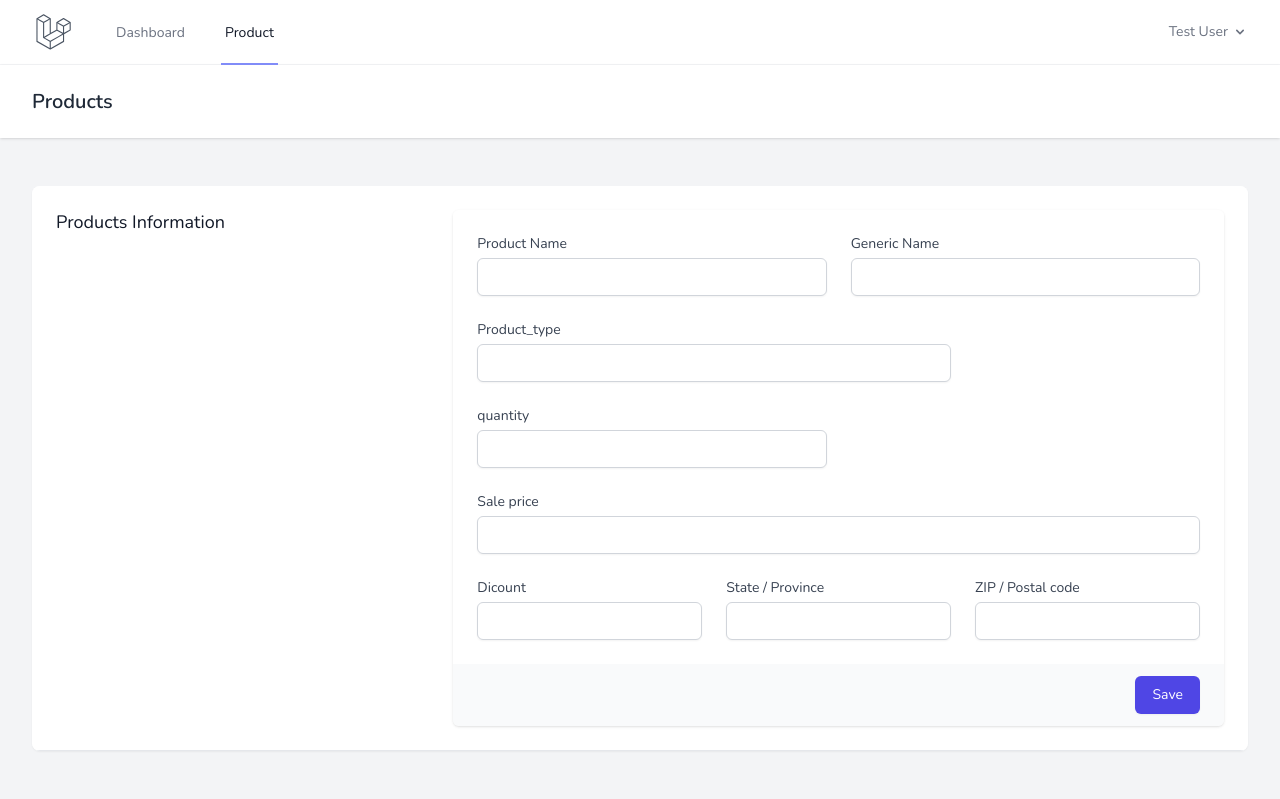
Repository: krishna-vm/them_set
Page: http://localhost/product
These files come from the project's save history. The page is drawn as it stood at one moment and after the next save; the edit follows.
The browser window is 1280 px wide. The pictures show the whole page.
The page is served by the project's Laravel application, run on PHP 8.4 with Laravel 8. A made-up administrator, Test User (test@example.com), is signed in. Other server files are loaded and not shown. Style sheets and scripts are compiled from the project's sources, by tool versions that may differ from the author's.

Above is the page before, as saved 2022-09-08 14:42:05.

### routes/web.php
<?php

use Illuminate\Support\Facades\Route;

/*
|--------------------------------------------------------------------------
| Web Routes
|--------------------------------------------------------------------------
|
| Here is where you can register web routes for your application. These
| routes are loaded by the RouteServiceProvider within a group which
| contains the "web" middleware group. Now create something great!
|
*/

Route::get('/', function () {
    return view('welcome');
});

Route::get('/dashboard', function () {
    return view('dashboard');
})->middleware(['auth'])->name('dashboard');
Route::get('/product', function () {
    return view('product');
})->middleware(['auth'])->name('product');

require __DIR__.'/auth.php';

### resources/views/product.blade.php
<x-app-layout>
    <x-slot name="header">
        <h2 class="font-semibold text-xl text-gray-800 leading-tight">
            {{ __('Products') }}
        </h2>
    </x-slot>

    <div class="py-12">
        <div class="max-w-7xl mx-auto sm:px-6 lg:px-8">
            <div class="bg-white overflow-hidden shadow-sm sm:rounded-lg">
                <div class="p-6 bg-white border-b border-gray-200">
                    <div class="row">
                        <div class="col-md-12 ">
                                <div class="mt-10 sm:mt-0">
                                    <div class="md:grid md:grid-cols-3 md:gap-6">
                                      <div class="md:col-span-1">
                                        <div class="px-4 sm:px-0">
                                          <h3 class="text-lg font-medium leading-6 text-gray-900">Products Information</h3>
                                          {{-- <p class="mt-1 text-sm text-gray-600">Use a permanent address where you can receive mail.</p> --}}
                                        </div>
                                      </div>
                                      <div class="mt-5 md:col-span-2 md:mt-0">
                                        <form action="#" method="POST">
                                          <div class="overflow-hidden shadow sm:rounded-md">
                                            <div class="bg-white px-4 py-5 sm:p-6">
                                              <div class="grid grid-cols-6 gap-6">
                                                <div class="col-span-6 sm:col-span-3">
                                                  <label for="product-name" class="block text-sm font-medium text-gray-700">Product Name</label>
                                                  <input type="text" name="product-name" id="product-name" autocomplete="given-name" class="mt-1 block w-full rounded-md border-gray-300 shadow-sm focus:border-indigo-500 focus:ring-indigo-500 sm:text-sm">
                                                </div>

                                                <div class="col-span-6 sm:col-span-3">
                                                  <label for="generic-name" class="block text-sm font-medium text-gray-700">Generic Name</label>
                                                  <input type="text" name="generic-name" id="generic-name" class="mt-1 block w-full rounded-md border-gray-300 shadow-sm focus:border-indigo-500 focus:ring-indigo-500 sm:text-sm">
                                                </div>

                                                <div class="col-span-6 sm:col-span-4">
                                                  <label for="product_type" class="block text-sm font-medium text-gray-700">Product_type</label>
                                                  <input type="text" name="product_type" id="product_type"  class="mt-1 block w-full rounded-md border-gray-300 shadow-sm focus:border-indigo-500 focus:ring-indigo-500 sm:text-sm">
                                                </div>

                                                <div class="col-span-6 sm:col-span-3">
                                                  <label for="quantity" class="block text-sm font-medium text-gray-700">quantity</label>
                                                  <input type="number" name="quantity" id="quantity"  class="mt-1 block w-full rounded-md border-gray-300 shadow-sm focus:border-indigo-500 focus:ring-indigo-500 sm:text-sm">
                                                </div>

                                                <div class="col-span-6">
                                                  <label for="sale_price" class="block text-sm font-medium text-gray-700">Sale price</label>
                                                  <input type="text" name="sale_price" id="sale_price" class="mt-1 block w-full rounded-md border-gray-300 shadow-sm focus:border-indigo-500 focus:ring-indigo-500 sm:text-sm">
                                                </div>

                                                <div class="col-span-6 sm:col-span-6 lg:col-span-2">
                                                  <label for="dicount" class="block text-sm font-medium text-gray-700">Dicount</label>
                                                  <input type="text" name="dicount" id="dicount" autocomplete="address-level2" class="mt-1 block w-full rounded-md border-gray-300 shadow-sm focus:border-indigo-500 focus:ring-indigo-500 sm:text-sm">
                                                </div>

                                                <div class="col-span-6 sm:col-span-3 lg:col-span-2">
                                                  <label for="region" class="block text-sm font-medium text-gray-700">State / Province</label>
                                                  <input type="text" name="region" id="region" autocomplete="address-level1" class="mt-1 block w-full rounded-md border-gray-300 shadow-sm focus:border-indigo-500 focus:ring-indigo-500 sm:text-sm">
                                                </div>

                                                <div class="col-span-6 sm:col-span-3 lg:col-span-2">
                                                  <label for="postal-code" class="block text-sm font-medium text-gray-700">ZIP / Postal code</label>
                                                  <input type="text" name="postal-code" id="postal-code" autocomplete="postal-code" class="mt-1 block w-full rounded-md border-gray-300 shadow-sm focus:border-indigo-500 focus:ring-indigo-500 sm:text-sm">
                                                </div>
                                              </div>
                                            </div>
                                            <div class="bg-gray-50 px-4 py-3 text-right sm:px-6">
                                              <button type="submit" class="inline-flex justify-center rounded-md border border-transparent bg-indigo-600 py-2 px-4 text-sm font-medium text-white shadow-sm hover:bg-indigo-700 focus:outline-none focus:ring-2 focus:ring-indigo-500 focus:ring-offset-2">Save</button>
                                            </div>
                                          </div>
                                        </form>
                                      </div>
                                    </div>
                                </div>
                            </div>
                        </div>
                    </div>
                </div>
            </div>
        </div>
</x-app-layout>

### resources/views/layouts/navigation.blade.php
<nav x-data="{ open: false }" class="bg-white border-b border-gray-100">
    <!-- Primary Navigation Menu -->
    <div class="max-w-7xl mx-auto px-4 sm:px-6 lg:px-8">
        <div class="flex justify-between h-16">
            <div class="flex">
                <!-- Logo -->
                <div class="shrink-0 flex items-center">
                    <a href="{{ route('dashboard') }}">
                        <x-application-logo class="block h-10 w-auto fill-current text-gray-600" />
                    </a>
                </div>

                <!-- Navigation Links -->
                <div class="hidden space-x-8 sm:-my-px sm:ml-10 sm:flex">
                    <x-nav-link :href="route('dashboard')" :active="request()->routeIs('dashboard')">
                        {{ __('Dashboard') }}
                    </x-nav-link>
                    <x-nav-link :href="route('product')" :active="request()->routeIs('product')">
                        {{ __('Product') }}
                    </x-nav-link>
                </div>
            </div>

            <!-- Settings Dropdown -->
            <div class="hidden sm:flex sm:items-center sm:ml-6">
                <x-dropdown align="right" width="48">
                    <x-slot name="trigger">
                        <button class="flex items-center text-sm font-medium text-gray-500 hover:text-gray-700 hover:border-gray-300 focus:outline-none focus:text-gray-700 focus:border-gray-300 transition duration-150 ease-in-out">
                            <div>{{ Auth::user()->name }}</div>

                            <div class="ml-1">
                                <svg class="fill-current h-4 w-4" xmlns="http://www.w3.org/2000/svg" viewBox="0 0 20 20">
                                    <path fill-rule="evenodd" d="M5.293 7.293a1 1 0 011.414 0L10 10.586l3.293-3.293a1 1 0 111.414 1.414l-4 4a1 1 0 01-1.414 0l-4-4a1 1 0 010-1.414z" clip-rule="evenodd" />
                                </svg>
                            </div>
                        </button>
                    </x-slot>

                    <x-slot name="content">
                        <!-- Authentication -->
                        <form method="POST" action="{{ route('logout') }}">
                            @csrf

                            <x-dropdown-link :href="route('logout')"
                                    onclick="event.preventDefault();
                                                this.closest('form').submit();">
                                {{ __('Log Out') }}
                            </x-dropdown-link>
                        </form>
                    </x-slot>
                </x-dropdown>
            </div>

            <!-- Hamburger -->
            <div class="-mr-2 flex items-center sm:hidden">
                <button @click="open = ! open" class="inline-flex items-center justify-center p-2 rounded-md text-gray-400 hover:text-gray-500 hover:bg-gray-100 focus:outline-none focus:bg-gray-100 focus:text-gray-500 transition duration-150 ease-in-out">
                    <svg class="h-6 w-6" stroke="currentColor" fill="none" viewBox="0 0 24 24">
                        <path :class="{'hidden': open, 'inline-flex': ! open }" class="inline-flex" stroke-linecap="round" stroke-linejoin="round" stroke-width="2" d="M4 6h16M4 12h16M4 18h16" />
                        <path :class="{'hidden': ! open, 'inline-flex': open }" class="hidden" stroke-linecap="round" stroke-linejoin="round" stroke-width="2" d="M6 18L18 6M6 6l12 12" />
                    </svg>
                </button>
            </div>
        </div>
    </div>

    <!-- Responsive Navigation Menu -->
    <div :class="{'block': open, 'hidden': ! open}" class="hidden sm:hidden">
        <div class="pt-2 pb-3 space-y-1">
            <x-responsive-nav-link :href="route('dashboard')" :active="request()->routeIs('dashboard')">
                {{ __('Dashboard') }}
            </x-responsive-nav-link>
        </div>

        <!-- Responsive Settings Options -->
        <div class="pt-4 pb-1 border-t border-gray-200">
            <div class="px-4">
                <div class="font-medium text-base text-gray-800">{{ Auth::user()->name }}</div>
                <div class="font-medium text-sm text-gray-500">{{ Auth::user()->email }}</div>
            </div>

            <div class="mt-3 space-y-1">
                <!-- Authentication -->
                <form method="POST" action="{{ route('logout') }}">
                    @csrf

                    <x-responsive-nav-link :href="route('logout')"
                            onclick="event.preventDefault();
                                        this.closest('form').submit();">
                        {{ __('Log Out') }}
                    </x-responsive-nav-link>
                </form>
            </div>
        </div>
    </div>
</nav>

Loaded but not shown: routes/auth.php (common file); app/Models/User.php (common file); app/View/Components/AppLayout.php (common file); resources/views/layouts/app.blade.php (common file); resources/views/components/application-logo.blade.php (common file); resources/views/components/nav-link.blade.php (common file); resources/views/components/dropdown-link.blade.php (common file); resources/views/components/dropdown.blade.php (common file); resources/views/components/responsive-nav-link.blade.php (common file); public/js/app.js (library); resources/css/app.css (common file); tailwind.config.js (common file)

After the next save:
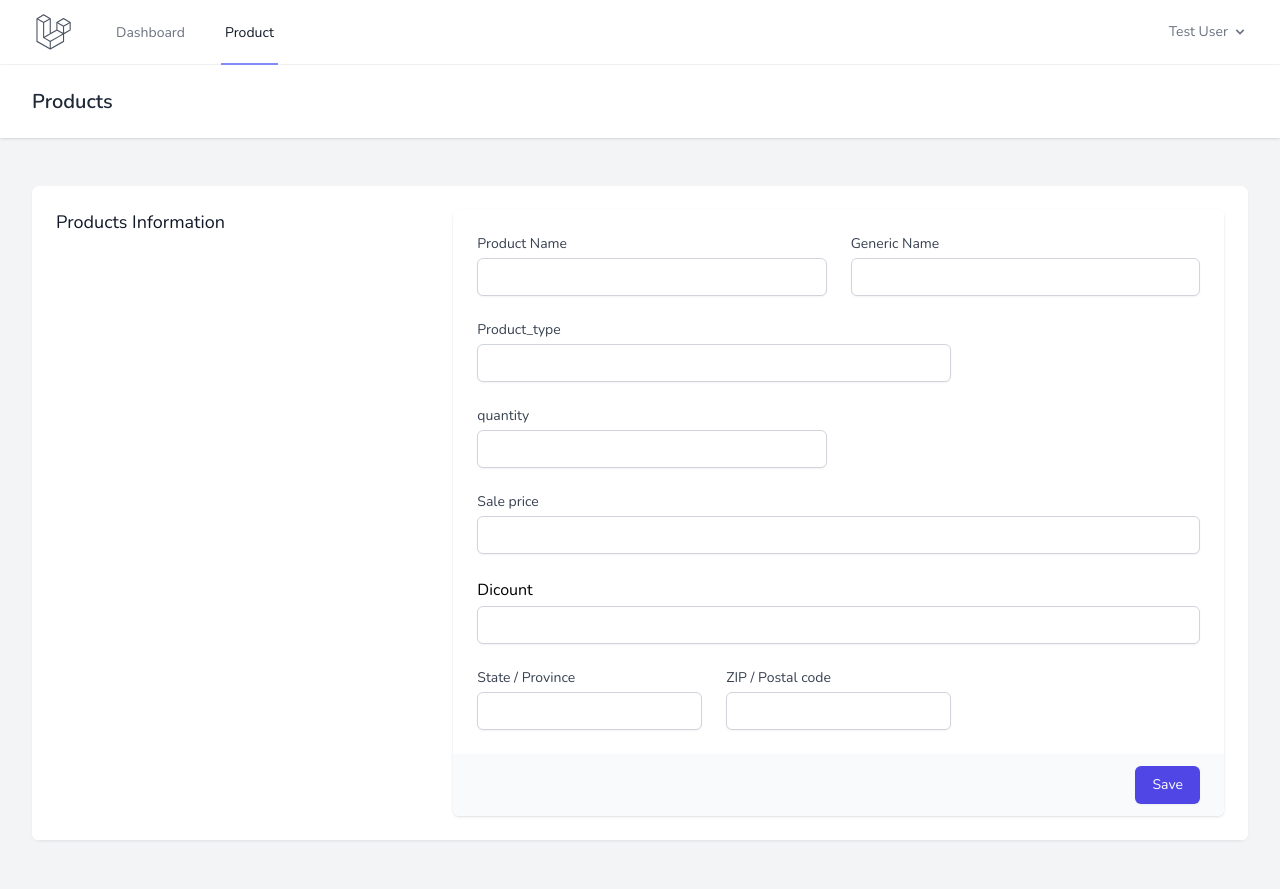
Saved 63 s later.
--- a/resources/views/product.blade.php
+++ b/resources/views/product.blade.php
@@ -49,7 +49,7 @@
                                                   <input type="text" name="sale_price" id="sale_price" class="mt-1 block w-full rounded-md border-gray-300 shadow-sm focus:border-indigo-500 focus:ring-indigo-500 sm:text-sm">
                                                 </div>
 
-                                                <div class="col-span-6 sm:col-span-6 lg:col-span-2">
+                                                <div class="col-span-6 >
                                                   <label for="dicount" class="block text-sm font-medium text-gray-700">Dicount</label>
                                                   <input type="text" name="dicount" id="dicount" autocomplete="address-level2" class="mt-1 block w-full rounded-md border-gray-300 shadow-sm focus:border-indigo-500 focus:ring-indigo-500 sm:text-sm">
                                                 </div>
